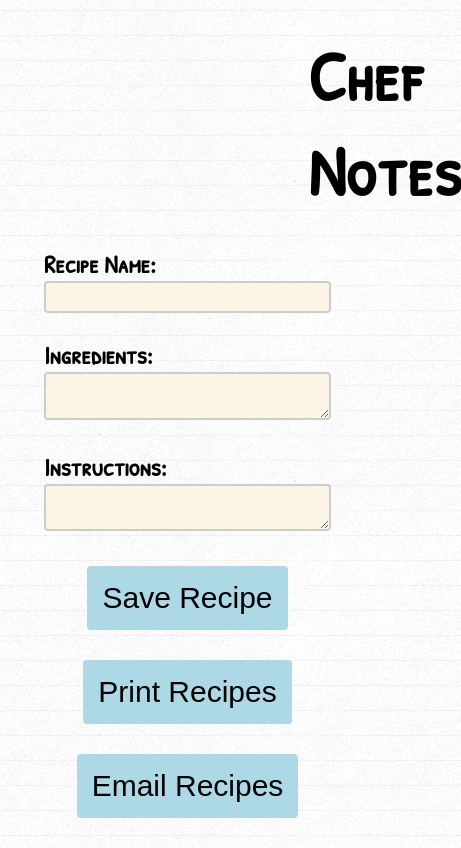
Repository: Chadloswald/RecipeSite
Page: docs/index.html
The author's editor kept a copy of each file at every save. The page is drawn from the files as they stood at one save, then again after the next save.
The browser window is 375 px wide. The page is 461 px wide, then 375 px, so the pictures cover 461 px, including what lies to the right of the window. The pictures show the whole page.

Above is the page before, as saved 2023-05-22 12:25:01.

### docs/index.html
<!DOCTYPE html>
<html lang="en">
  <head>
    <meta charset="UTF-8">
    <meta name="viewport" content="width=device-width, initial-scale=1.0">
    <title>ChefNotes</title>
    <style type="text/css">
    </style>
    <link rel="stylesheet" href="style.css">
  </head>
  <body>
    <h1>Chef Notes</h1>
    <form>
      <label for="name">Recipe Name:</label>
      <input type="text" id="name" name="name">
      <br>
      <label for="ingredients">Ingredients:</label>
      <textarea id="ingredients" name="ingredients"></textarea>
      <br>
      <label for="instructions">Instructions:</label>
      <textarea id="instructions" name="instructions"></textarea>
      <br>
      <button id="saveButton" type="button">Save Recipe</button>
      <button id="printButton">Print Recipes</button>
      <button id="emailButton">Email Recipes</button>
    </form>
    <div id="recipe-list">
      <div class="recipe-line"></div>
    <div id="list"></div>
    </div>
    <script src="scripts.js"></script>
  </body>
</html>

### docs/style.css
@font-face {
  font-family: 'Patrick Hand';
  src: url('PatrickHandSC-Regular.ttf') format('truetype');
}

body {
  font-family: 'Patrick Hand', cursive;
  margin-top: 30px 0px 0px 0px;
  padding: 0;
  background-image: url("lined-paper-2.png");
}

h1 {
  text-align: center;
  padding: 20px 0 0 0;
  border-bottom: 4px solid black;
  margin: 0 300px;
  font-size: 70px;
}

/* @media (max-width: 600px) {
  h1 {
    font-size: xx-large;
    }
    label {
      font-size: larger;
    }
} */

form {
  width: 80%;
  margin: 0 auto;
}

label {
  display: block;
  font-weight: bold;
  margin-top: 1em;
  font-size: 25px;
}

input[type="text"], textarea {
  background-color: #FCF5E5;
  width: 100%;
  box-sizing: border-box;
  padding: 0.5em;
  border: 2px solid #ccc;
  border-radius: 4px;
}

button {
  display: block;
  margin: 1em auto;
  padding: 0.5em;
  border-radius: 4px;
  font-size: 30px;
  border: none;
  cursor: pointer;
  background-color: #ADD8E6;
  color: black;
}

button:hover {
  background-color: gray;
  color: #FCF5E5;
}

#recipe-list {
  width: 80%;
  margin: 1em auto;
  font-size: 25px;
}

h2 {
  font-size: 25px;
}

p {
  font-size: 20px;
}

.recipe-line {
  height: 1px;
	background-color: black;
	position: relative;
	margin-top: 30px;
	margin-bottom: 30px;
	left: 0;
	width: 50%;
  display: none;
}

.recipe:not(:last-child) .recipe-line {
  display: block;
  margin-left: 25%;
}

/* Printing style */
@media print {
  /* Remove form elements */
  form {
    display: none;
  }

  /* Position Chef and Notes next to each other */
  h1 {
    display: flex;
    align-items: center;
    justify-content: center;
    font-size: 40px;
    margin: 0;
    padding-top: 20px;
    border-bottom: 4px solid black;
    page-break-after: avoid; /* prevent the header from breaking across pages */
  }

  h1 span:first-child {
    margin-right: 20px; /* add space between Chef and Notes */
  }

  /* Adjust margins and padding */
  body {
    margin: 20mm 25mm 20mm 25mm; /* top right bottom left */
    padding: 0;
  }

  h2 {
    font-size: 30px;
  }

  p {
    font-size: 20px;
  }

  /* Add page breaks between recipes */
  .recipe:not(:last-child) {
    page-break-after: always;
  }
  #recipe-list {
    margin-left: 0;
  }
}

### docs/scripts.js
document.addEventListener('DOMContentLoaded', function() {
  const saveButton = document.getElementById('saveButton');
  const printButton = document.getElementById('printButton');
  const emailButton = document.getElementById('emailButton');
  const nameInput = document.getElementById('name');
  const ingredientsInput = document.getElementById('ingredients');
  const instructionsInput = document.getElementById('instructions');
  const recipeList = document.getElementById('recipe-list');

  saveButton.addEventListener('click', function() {
    const name = nameInput.value;
    const ingredients = ingredientsInput.value;
    const instructions = instructionsInput.value;

    const recipe = document.createElement('div');
    const recipeName = document.createElement('h2');
    const recipeIngredients = document.createElement('p');
    const recipeInstructions = document.createElement('p');
    const recipeLine = document.createElement('div');

    recipeLine.classList.add('recipe-line');
    recipe.appendChild(recipeLine);

    recipeName.innerText = name;
    recipeIngredients.innerText = `Ingredients: ${ingredients}`;
    recipeInstructions.innerText = `Instructions: ${instructions}`;

    recipe.appendChild(recipeName);
    recipe.appendChild(recipeIngredients);
    recipe.appendChild(recipeInstructions);

    recipeList.appendChild(recipe);
    recipeLine.style.display = 'block';

    nameInput.value = '';
    ingredientsInput.value = '';
    instructionsInput.value = '';
  });

  printButton.addEventListener('click', function() {
    const recipeContainer = recipeList.innerHTML;
    const printContent = document.createElement('div');
    printContent.innerHTML = recipeContainer;

    const mailtoLink = document.createElement('a');
    mailtoLink.href = 'mailto:?subject=My Saved Recipes&body=' + encodeURIComponent(printContent.innerText);

    // Create a temporary link and simulate a click
    const tempLink = document.createElement('a');
    tempLink.href = mailtoLink.href;
    tempLink.style.display = 'none';
    tempLink.target = '_blank';
    document.body.appendChild(tempLink);
    tempLink.click();
    document.body.removeChild(tempLink);
  });

  emailButton.addEventListener('click', function() {
    const recipient = prompt('What email address do you want to send your recipes to?');
    if (recipient) {
      const mailtoLink = document.createElement('a');
      mailtoLink.href = 'mailto:' + recipient + '?subject=My Saved Recipes&body=' + encodeURIComponent(recipeList.innerText);
      mailtoLink.click();
    }
  });
});

After the next save:
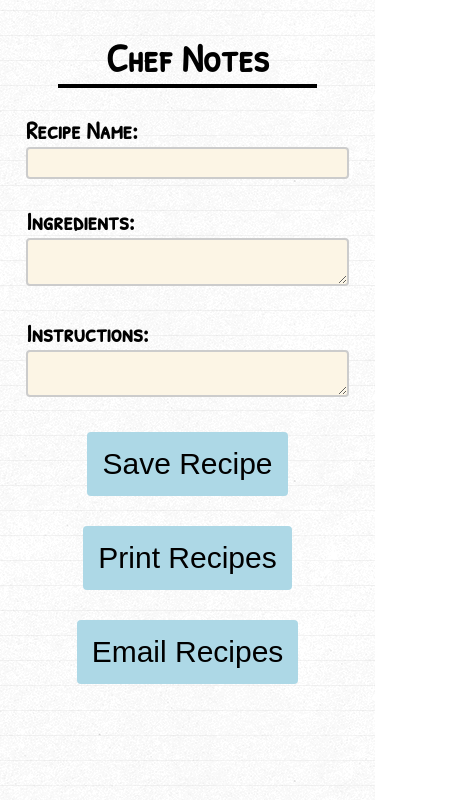
Saved 5 min 35 s later.
--- a/docs/style.css
+++ b/docs/style.css
@@ -17,15 +17,6 @@ h1 {
   margin: 0 300px;
   font-size: 70px;
 }
-
-/* @media (max-width: 600px) {
-  h1 {
-    font-size: xx-large;
-    }
-    label {
-      font-size: larger;
-    }
-} */
 
 form {
   width: 80%;
@@ -140,3 +131,27 @@ p {
     margin-left: 0;
   }
 }
+
+/* Media query for screens with a maximum width of 600 pixels */
+@media screen and (max-width: 600px) {
+  body {
+    /* Modify the styles for smaller screens */
+    margin-top: 10px;
+    /* Add any other necessary adjustments */
+  }
+
+  h1 {
+    /* Modify the styles for smaller screens */
+    font-size: 40px;
+    margin: 0 50px;
+    /* Add any other necessary adjustments */
+  }
+
+  form {
+    /* Modify the styles for smaller screens */
+    width: 90%;
+    /* Add any other necessary adjustments */
+  }
+
+  /* Add additional media queries and adjust other elements as needed */
+}
